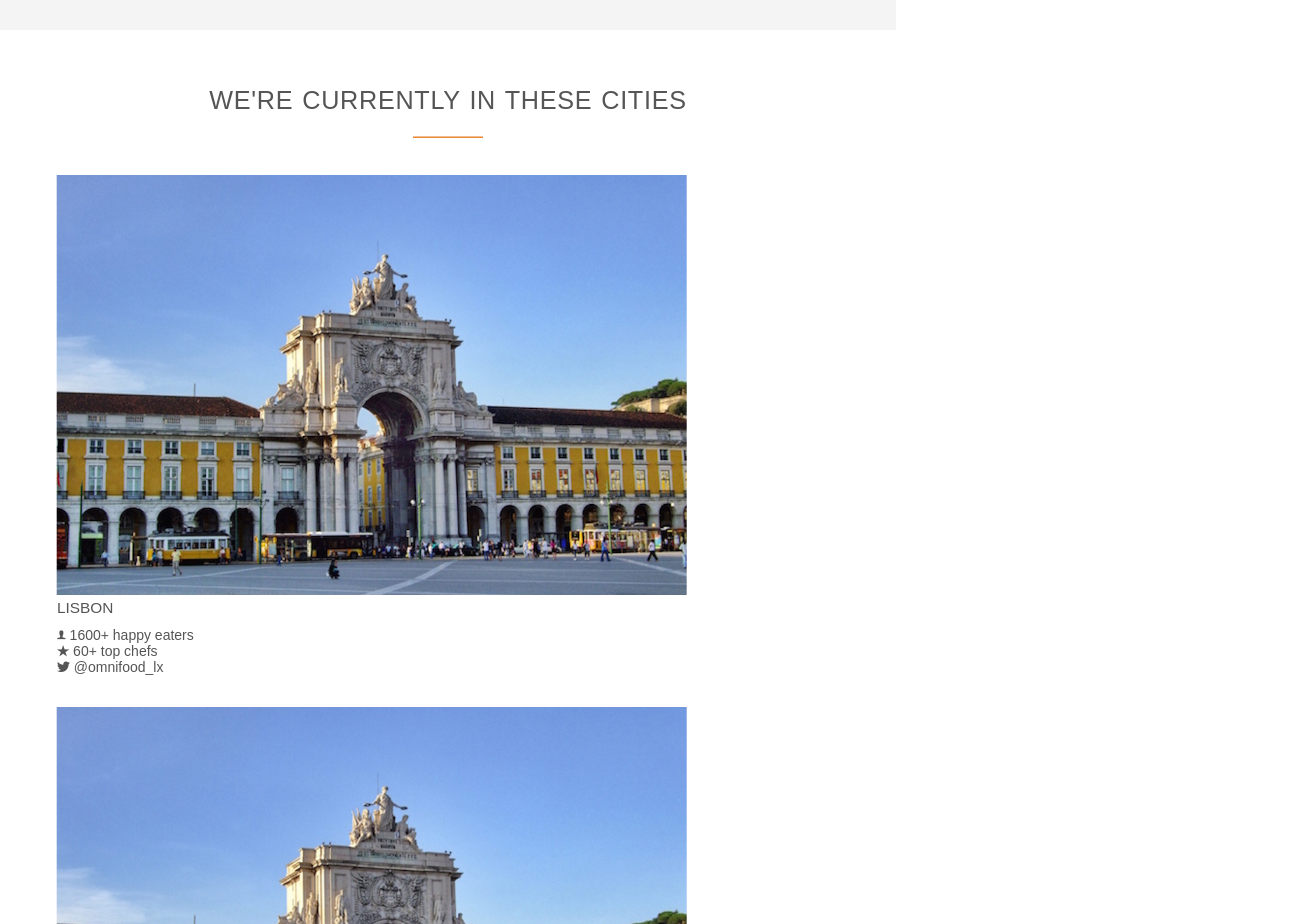
Repository: pboi18/E-Foods
Page: index.html
The author's editor kept a copy of each file at every save. The page is drawn from the files as they stood at one save, then again after the next save.
The browser window is 1280 px wide. The page is 1280 px wide, then 1850 px, so the pictures cover 1850 px, including what lies to the right of the window. The pictures show the part of the page from y = 2620 to 3940 px (the page is 5969 px tall before and 3687 px after), at 70% of full size.
Backgrounds fixed to the window are drawn as part of the page.

Above is the page before, as saved 2020-07-13 16:41:47.

### index.html
<!DOCTYPE html>
<html lang="en">
   <head>
      <meta http-equiv="Content-Type" content="text/html;charset=UTF-8">
      <link rel="stylesheet" href="vendors/css/normalize.css">
      <link rel="stylesheet" href="vendors/css/7.1 Grid.css">
      <link rel="stylesheet" href="vendors/css/ionicons.min.css">
      <link rel="stylesheet" href="resources/css/style.css">
      <link href='http://fonts.googleapis.com/css?family=Lato:100,300,400,300italic' rel='stylesheet' type='text/css'>
      <title>Ominifoods</title>
   </head>

   <body>
      <header>
         <nav>
               <div class="row">
                  <img src="resources/img/logo-white.png" alt="Ominifood logo" class="logo">

                  <ul class="main-nav">
                     <li><a href="#">Food delivery</a></li>
                     <li><a href="#">How it works</a></li>
                     <li><a href="#">Our cities</a></li>
                     <li><a href="#">Sign up</a></li>
                  </ul>

               </div>
         </nav>
         <div class="hero-text-box">
               <h1>Goodbye junk food. <br> Hello super healthy meals.</h1>
               <a href="#" class="btn btn-full">I’m hungry </a>
               <a href="#" class="btn btn-ghost">Show me more </a>
         </div>

      </header>

      <section class="section-features">
         <div class="row">
               <h2>Get food fast &mdash; not fast food</h2>
               <p class="long-copy">
                  Hello, we’re Omnifood, your new premium food delivery service. We know you’re always busy. No time for cooking. So let us take care of that, we’re really good at it, we promise!
               </p>
         </div>

         <div class="row">
               <div class="col span-1-of-4 box">
                  <i class="ion-ios-infinite-outline icon-big"></i>
                  <h3>Up to 365 days/year</h3>
                  <p>
                     Never cook again! We
                     really mean that. Our subscription
                     plans include up to 365
                     days/year coverage. You can
                     also choose to order more
                     flexibly if that's your style.
                  </p>
               </div>

               <div class="col span-1-of-4 box">
                  <i class="ion-ios-stopwatch-outline icon-big"></i>
                  <h3>Ready in 20 minutes</h3>
                  <p>
                     You're only twenty minutes
                     away from your delicious and
                     super healthy meals delivered
                     right to your home. We work
                     with the best chefs in each
                     town to ensure that you're
                     100% happy.
                  </p>
               </div>

               <div class="col span-1-of-4 box">
                  <i class="ion-ios-nutrition-outline icon-big"></i>
                  <h3>100% organic</h3>
                  <p>
                     All our vegetables are fresh, organic and local. Animals are raised without added hormones or antibiotics. Good for your health, the environment, and it also tastes better!
                  </p>
               </div>

               <div class="col span-1-of-4 box">
                  <i class="ion-ios-cart-outline icon-big"></i>
                  <h3>Order anything</h3>
                  <p>
                     We don't limit your creativity, which means you can order whatever you feel like. You can also choose from our menu containing over 100 delicious meals. It's up to you!
                  </p>
               </div>
         </div>
      </section>

      <section class="section-meals">
         <ul class="meals-showcase clearfix">
               <li>
                  <figure class="meal-photo">
                     <img src="resources/img/1.jpg" alt="Korean bibimbap with egg and vegetables">
                  </figure>
               </li>
               <li>
                  <figure class="meal-photo">
                     <img src="resources/img/2.jpg" alt="Simple italian pizza with cherry tomatoes">
                  </figure>
               </li>
               <li>
                  <figure class="meal-photo">
                     <img src="resources/img/3.jpg" alt="Chicken breast steak with vegetables ">
                  </figure>
               </li>
               <li>
                  <figure class="meal-photo">
                     <img src="resources/img/4.jpg" alt="Autumn pumpkin soup">
                  </figure>
               </li>
         </ul>

         <ul class="meals-showcase clearfix">
               <li>
                  <figure class="meal-photo">
                     <img src="resources/img/5.jpg" alt="Paleo beef steak with vegetables">
                  </figure>
               </li>
               <li>
                  <figure class="meal-photo">
                     <img src="resources/img/6.jpg" alt="Healthy baguette with egg and vegetables">
                  </figure>
               </li>
               <li>
                  <figure class="meal-photo">
                     <img src="resources/img/7.jpg" alt="Burger with cheddar and bacon">
                  </figure>
               </li>
               <li>
                  <figure class="meal-photo">
                     <img src="resources/img/8.jpg" alt="Granola with cherries and strawberries">
                  </figure>
               </li>
         </ul>
      </section>

      <section class="section-steps">
         <div class="row">
               <h2>How it works &mdash; Simple as 1, 2, 3</h2>
         </div>
         <div class="row">
               <div class="col span-1-of-2 steps-box">
                  <img src="resources/img/app-iPhone.png" alt="Ominifood app on iphone" class="app-screen">
               </div>

               <div class="col span-1-of-2 steps-box">
                  <div class="works-step">
                     <div>1</div>
                     <p>Choose the subscription plan that best fits your needs and sign up today.</p>
                  </div>
                  <div class="works-step">
                     <div>2</div>
                     <p>Order your delicious meal using our mobile app or website. Or you can even call us!</p>
                  </div>
                  <div class="works-step">
                     <div>3</div>
                     <p>Enjoy your meal after less than 20 minutes. See you the next time!</p>
                  </div>

                  <a href="#" class="btn-app">
                     <img src="resources/img/download-app.png " alt="App Store Button">
                  </a>
                  <a href="#" class="btn-app" >
                     <img src="resources/img/download-app-android.png" alt="play Store Button">
                  </a>

               </div>
         </div>
      </section>


      <section class="section-cities">
         <div class="row">
            <h2>
               We're currently in these cities
            </h2>
         </div>

         <div class="row">
            <div class="col span-1-of-4 box">
               <img src="resources/img/lisbon-3.jpg" alt="Lisbon">
               <h3>Lisbon</h3>
               <div class="city-feature">
                  <i class="ion-ios-person"></i>
                  1600+ happy eaters
               </div>
               <div class="city-feature">
                  <i class="ion-ios-star"></i>
                  60+ top chefs
               </div>
               <div class="city-feature">
                  <i class="ion-social-twitter"></i>
                  @omnifood_lx
               </div>
            </div>
         </div>

         <div class="row">
            <div class="col span-1-of-4 box">
               <img src="resources/img/lisbon-3.jpg" alt="Lisbon">
               <h3>Lisbon</h3>
               <div class="city-feature">
                  <i class="ion-ios-person"></i>
                  1600+ happy eaters
               </div>
               <div class="city-feature">
                  <i class="ion-ios-star"></i>
                  60+ top chefs
               </div>
               <div class="city-feature">
                  <i class="ion-social-twitter"></i>
                  @omnifood_lx
               </div>
            </div>
         </div>

         <div class="row">
            <div class="col span-1-of-4 box">
               <img src="resources/img/lisbon-3.jpg" alt="Lisbon">
               <h3>Lisbon</h3>
               <div class="city-feature">
                  <i class="ion-ios-person"></i>
                  1600+ happy eaters
               </div>
               <div class="city-feature">
                  <i class="ion-ios-star"></i>
                  60+ top chefs
               </div>
               <div class="city-feature">
                  <i class="ion-social-twitter"></i>
                  @omnifood_lx
               </div>
            </div>
         </div>

         <div class="row">
            <div class="col span-1-of-4 box">
               <img src="resources/img/lisbon-3.jpg" alt="Lisbon">
               <h3>Lisbon</h3>
               <div class="city-feature">
                  <i class="ion-ios-person"></i>
                  1600+ happy eaters
               </div>
               <div class="city-feature">
                  <i class="ion-ios-star"></i>
                  60+ top chefs
               </div>
               <div class="city-feature">
                  <i class="ion-social-twitter"></i>
                  @omnifood_lx
               </div>
            </div>
         </div>
      </section>
   </body>

<!-- Title:






San Francisco
3700+ happy eaters
160+ top chefs
@omnifood_sf

Berlin
2300+ happy eaters
110+ top chefs
@omnifood_berlin

London
1200+ happy eaters
50+ top chefs
@omnifood_london -->

</html>

### resources/css/style.css
/*  --------------------------- */
/*  BASIC SETUP */
/*  --------------------------- */

* {
    margin: 0;
    padding: 0;
    box-sizing: border-box;
}

html {
    background-color: #fff;
    color: #555;
    font-family: Arial, Helvetica, sans-serif,'Lato';
    font-weight: 300;
    font-size: 20px;
    text-rendering: optimizeLegibility;
}

.clearfix { zoom: 1;}
.clearfix::after {
    content: ".";
    clear: both;
    display: block;
    height: 0;
    visibility: hidden;
}

/*  --------------------------- */
/*  REUSEABLE COMPONENTS */
/*  --------------------------- */


.row {
    max-width: 1140px;
    margin: 0 auto;
}

section {
    padding: 80px 0;
}

.box {
    padding: 1%;
}

/*  --------------------------- */
/*  HEADINGS */
/*  --------------------------- */

h1,
h2,
h3 {

    font-weight: 300;
    text-transform: uppercase;
}

h1 {
    margin-top: 0;
    margin-bottom: 20px;
    color: #fff;
    font-size: 240%;
    word-spacing: 4px;
    letter-spacing: 1px;
}

h2 {
    font-size: 180%;
    word-spacing: 2px;
    text-align: center;
    margin-bottom: 30px;
    letter-spacing: 1px;
}

h3 {
    font-size: 110%;
    margin-bottom: 15px;
}

h2:after {
    display: block;
    height: 2px;
    background-color: #e67e22;
    content: " ";
    width: 100px;
    margin: 0 auto;
    margin-top: 30px;
}


/*  --------------------------- */
/*  paragraps*/
/*  --------------------------- */


.long-copy {
    line-height: 145%;
    width: 70%;
    margin-left: 15%;
}

.box p {
    font-size: 90%;
    line-height: 145%;
}


/*  --------------------------- */
/*  ICONS */
/*  --------------------------- */

.icon-big {
    font-size: 350%;
    display: block;
    color: #e67e22;
    margin-bottom: 10px;
}


/*  --------------------------- */
/*  BUTTONS */
/*  --------------------------- */

.btn:link,
.btn:visited {
    display: inline-block;
    padding: 10px 30px;
    font-weight: 300;
    text-decoration: none;
    border-radius: 200px;
    transition: all 0.2s;
}


.btn-full:link,
.btn-full:visited {
    background-color: #e67e22;
    border: 1px solid #e67e22;
    color: #fff;
    margin-right: 15px;
}

.btn-ghost:link,
.btn-ghost:visited {
    border: 1px solid #e67e22;
    color: #e67e22;
}

.btn:hover,
.btn:active {
    background-color: #cf6d17;
}


.btn-full:hover,
.btn-full:active {
    border: 1px solid #cf6d17;
}

.btn-ghost:hover,
.btn-ghost:active {
    border: 1px solid #e67e22;
    color: #fff;
}

/*  --------------------------- */
/*  HEADER */
/*  --------------------------- */

header {
    background-image: linear-gradient(rgba(0, 0, 0, 0.7), rgba(0, 0, 0, 0.7)), url(img/hero.jpg);
    background-size: cover;
    background-position: center;
    height: 100vh;
    background-attachment: fixed;
}


.hero-text-box {
    position: absolute;
    width: 1140px;
    top: 50%;
    left: 50%;
    transform: translate(-50%, -50%);
}

.logo {
    height: 100px;
    width: auto;
    float: left;
    margin-top: 20px;
}

.main-nav {
    float: right;
    list-style: none;
    margin-top: 55px;
}

.main-nav li {
    display: inline-block;
    margin-left: 40px;
}

.main-nav li a:link,
.main-nav li a:visited {
    padding: 5px 0px;
    color: #fff;
    text-decoration: none;
    text-transform: uppercase;
    font-size: 90%;
    border-bottom: 2px solid transparent;
    transition: all 0.2s;

}
.main-nav li a:hover,
.main-nav li a:active {
    border-bottom: 2px solid #e67e22;
}

/*  --------------------------- */
/*  MEALS */
/*  --------------------------- */

.section-features .long-copy {
    margin-bottom: 30px;
}


/*  --------------------------- */
/*  MEALS */
/*  --------------------------- */

.section-meals {
    padding: 0;

}

.meals-showcase {
    list-style: none;
    width: 100%;

}

.meals-showcase li {
    display: block;
    float: left;
    width: 25%;
}

.meal-photo {
    width: 100%;
    margin: 0;
    overflow: hidden;
    background-color:#000;
}

.meal-photo img {
    width: 100%;
    height: auto;
    transform: scale(1.03);
    opacity: 0.7;
    transition: all 0.5s;
}


.meal-photo img:hover {
    opacity: 1;
    transform: scale(1.15);
}

/*  --------------------------- */
/*  HOW IT WORKS */
/*  --------------------------- */

.section-steps {
    background-color: #f4f4f4;
}

.steps-box:first-child {
    text-align: right;
    padding-right: 3%;
    margin-top: 30px;
}


.steps-box:last-child {
    padding-left: 3%;
    margin-top: 70px;
}

.app-screen {
    width: 40%;
}


.works-step {
    margin-bottom: 50px;
}

.works-step:last-of-type {
    margin-bottom: 80px;
}

.works-step div {
    color: #e67e22;
    border: 2px solid #e67e22;
    display: inline-block;
    border-radius: 50%;
    width: 50px;
    height: 50px;
    text-align: center;
    padding: 5px;
    float: left;
    font-size: 150%;
    margin-right: 25px;
}

.btn-app img {
    height: 50px;
    width: auto;
    margin-right: 16px;
}

Loaded but not shown: vendors/css/normalize.css (library); vendors/css/7.1 Grid.css (library); vendors/css/ionicons.min.css (library)

After the next save:
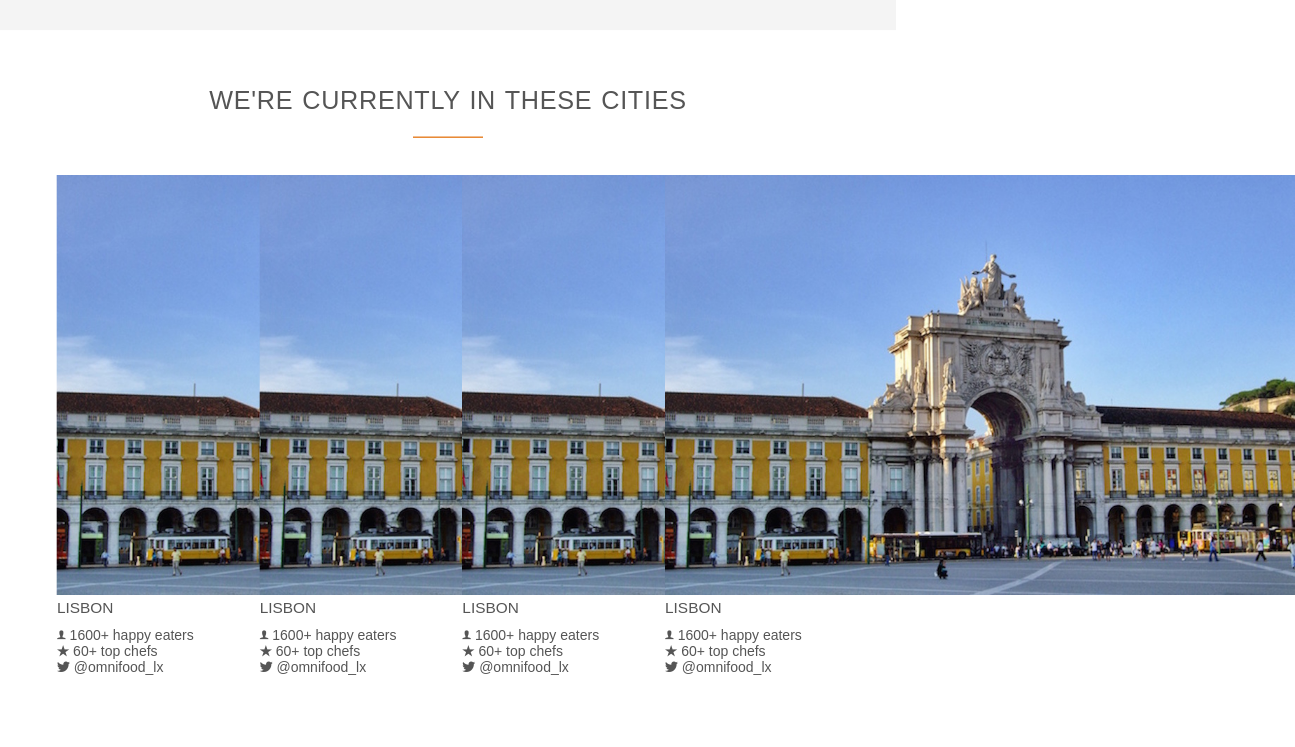
Saved 95 s later.
--- a/index.html
+++ b/index.html
@@ -194,64 +194,60 @@
                   @omnifood_lx
                </div>
             </div>
-         </div>
-
-         <div class="row">
-            <div class="col span-1-of-4 box">
-               <img src="resources/img/lisbon-3.jpg" alt="Lisbon">
-               <h3>Lisbon</h3>
-               <div class="city-feature">
-                  <i class="ion-ios-person"></i>
-                  1600+ happy eaters
-               </div>
-               <div class="city-feature">
-                  <i class="ion-ios-star"></i>
-                  60+ top chefs
-               </div>
-               <div class="city-feature">
-                  <i class="ion-social-twitter"></i>
-                  @omnifood_lx
-               </div>
-            </div>
-         </div>
-
-         <div class="row">
-            <div class="col span-1-of-4 box">
-               <img src="resources/img/lisbon-3.jpg" alt="Lisbon">
-               <h3>Lisbon</h3>
-               <div class="city-feature">
-                  <i class="ion-ios-person"></i>
-                  1600+ happy eaters
-               </div>
-               <div class="city-feature">
-                  <i class="ion-ios-star"></i>
-                  60+ top chefs
-               </div>
-               <div class="city-feature">
-                  <i class="ion-social-twitter"></i>
-                  @omnifood_lx
-               </div>
-            </div>
-         </div>
-
-         <div class="row">
-            <div class="col span-1-of-4 box">
-               <img src="resources/img/lisbon-3.jpg" alt="Lisbon">
-               <h3>Lisbon</h3>
-               <div class="city-feature">
-                  <i class="ion-ios-person"></i>
-                  1600+ happy eaters
-               </div>
-               <div class="city-feature">
-                  <i class="ion-ios-star"></i>
-                  60+ top chefs
-               </div>
-               <div class="city-feature">
-                  <i class="ion-social-twitter"></i>
-                  @omnifood_lx
-               </div>
-            </div>
-         </div>
+
+            <div class="col span-1-of-4 box">
+               <img src="resources/img/lisbon-3.jpg" alt="Lisbon">
+               <h3>Lisbon</h3>
+               <div class="city-feature">
+                  <i class="ion-ios-person"></i>
+                  1600+ happy eaters
+               </div>
+               <div class="city-feature">
+                  <i class="ion-ios-star"></i>
+                  60+ top chefs
+               </div>
+               <div class="city-feature">
+                  <i class="ion-social-twitter"></i>
+                  @omnifood_lx
+               </div>
+            </div>
+
+            <div class="col span-1-of-4 box">
+               <img src="resources/img/lisbon-3.jpg" alt="Lisbon">
+               <h3>Lisbon</h3>
+               <div class="city-feature">
+                  <i class="ion-ios-person"></i>
+                  1600+ happy eaters
+               </div>
+               <div class="city-feature">
+                  <i class="ion-ios-star"></i>
+                  60+ top chefs
+               </div>
+               <div class="city-feature">
+                  <i class="ion-social-twitter"></i>
+                  @omnifood_lx
+               </div>
+            </div>
+
+            <div class="col span-1-of-4 box">
+               <img src="resources/img/lisbon-3.jpg" alt="Lisbon">
+               <h3>Lisbon</h3>
+               <div class="city-feature">
+                  <i class="ion-ios-person"></i>
+                  1600+ happy eaters
+               </div>
+               <div class="city-feature">
+                  <i class="ion-ios-star"></i>
+                  60+ top chefs
+               </div>
+               <div class="city-feature">
+                  <i class="ion-social-twitter"></i>
+                  @omnifood_lx
+               </div>
+            </div>
+         </div>
+
+
       </section>
    </body>
 
